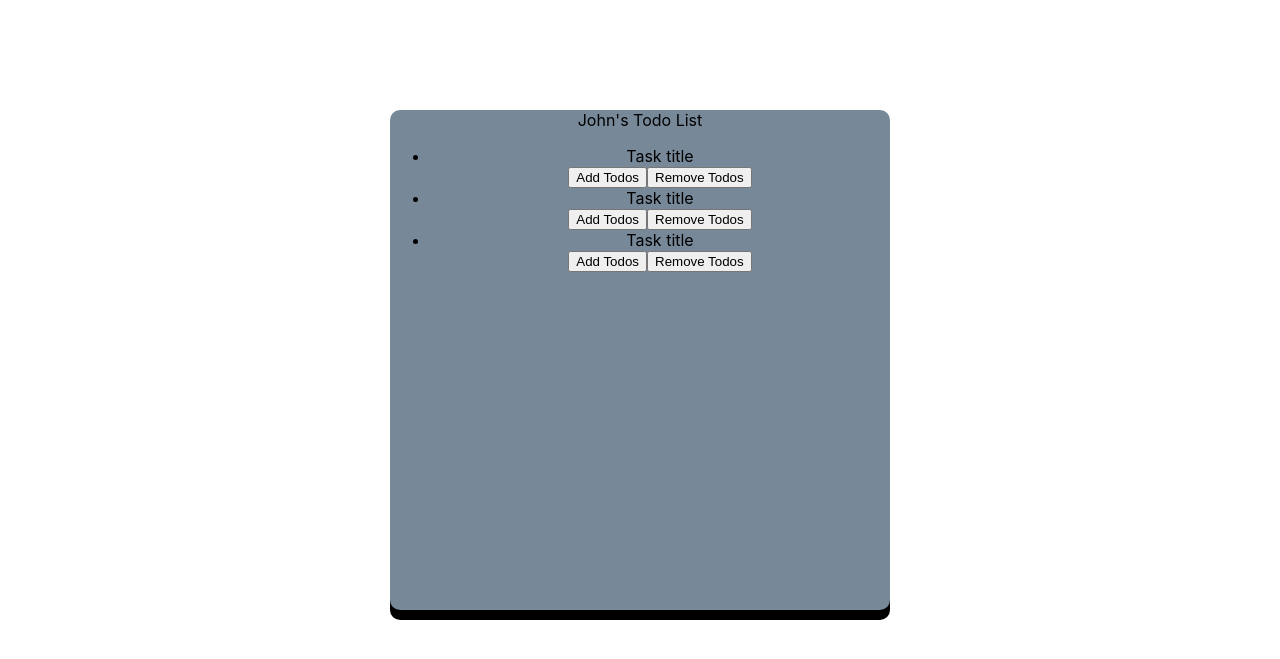
Repository: JohnKang0720/Simple-Todo-List
Page: /
An editor plug-in stored every save of this project. The page is shown before and after the next save, followed by the edit.
The browser window is 1280 px wide. The pictures show the whole page.
The project was rebuilt for these pictures with package versions that can differ from the ones it lists, and the page was loaded fresh each time.

Above is the page before, as saved 2021-05-24 21:19:26.

After the next save:
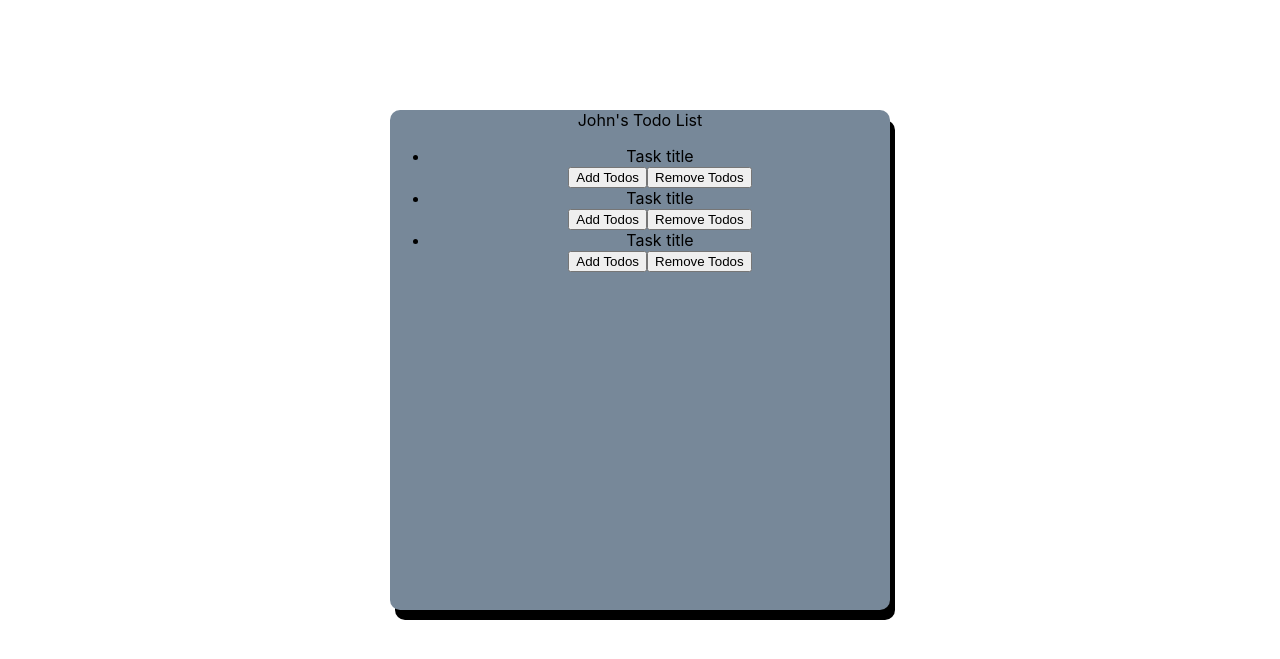
Saved 4 s later.
--- a/src/App.css
+++ b/src/App.css
@@ -40,7 +40,7 @@ body,html{
   height: 500px;
   position: relative;
   border-radius: 10px;
-  box-shadow: 0px 10px;
+  box-shadow: 5px 10px;
 
 
 }
